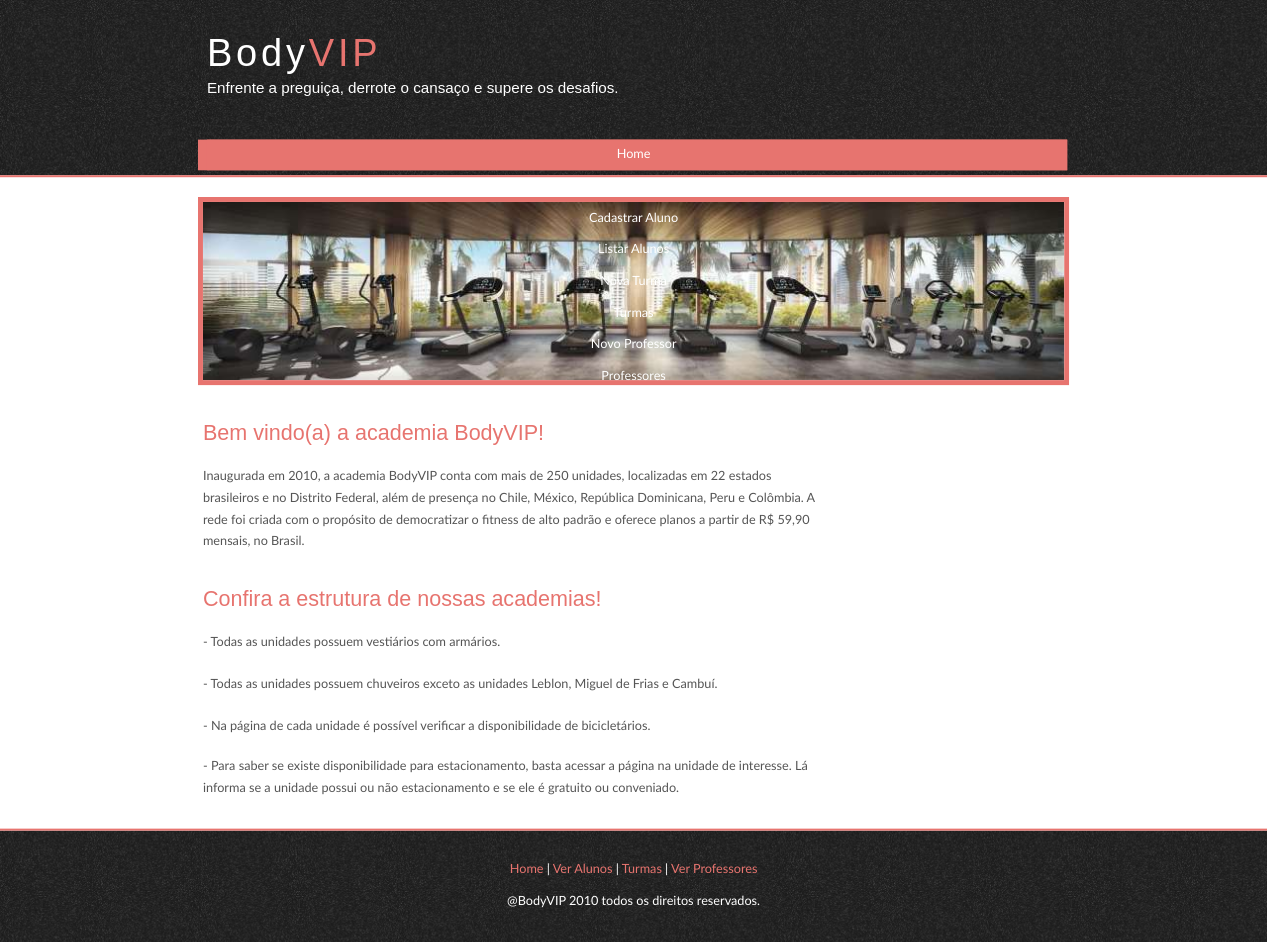
Repository: Thais-Ferreira/Projeto_bodyVIP
Page: http://localhost/BodyVIP/home.jsp
An editor plug-in stored every save of this project. The page is shown before and after the next save, followed by the edit.
The browser window is 1280 px wide. The pictures show the whole page, at 99% of full size.
The page is served by Tomcat 9.

Above is the page before, as saved 2017-06-20 18:27:26.

After the next save:
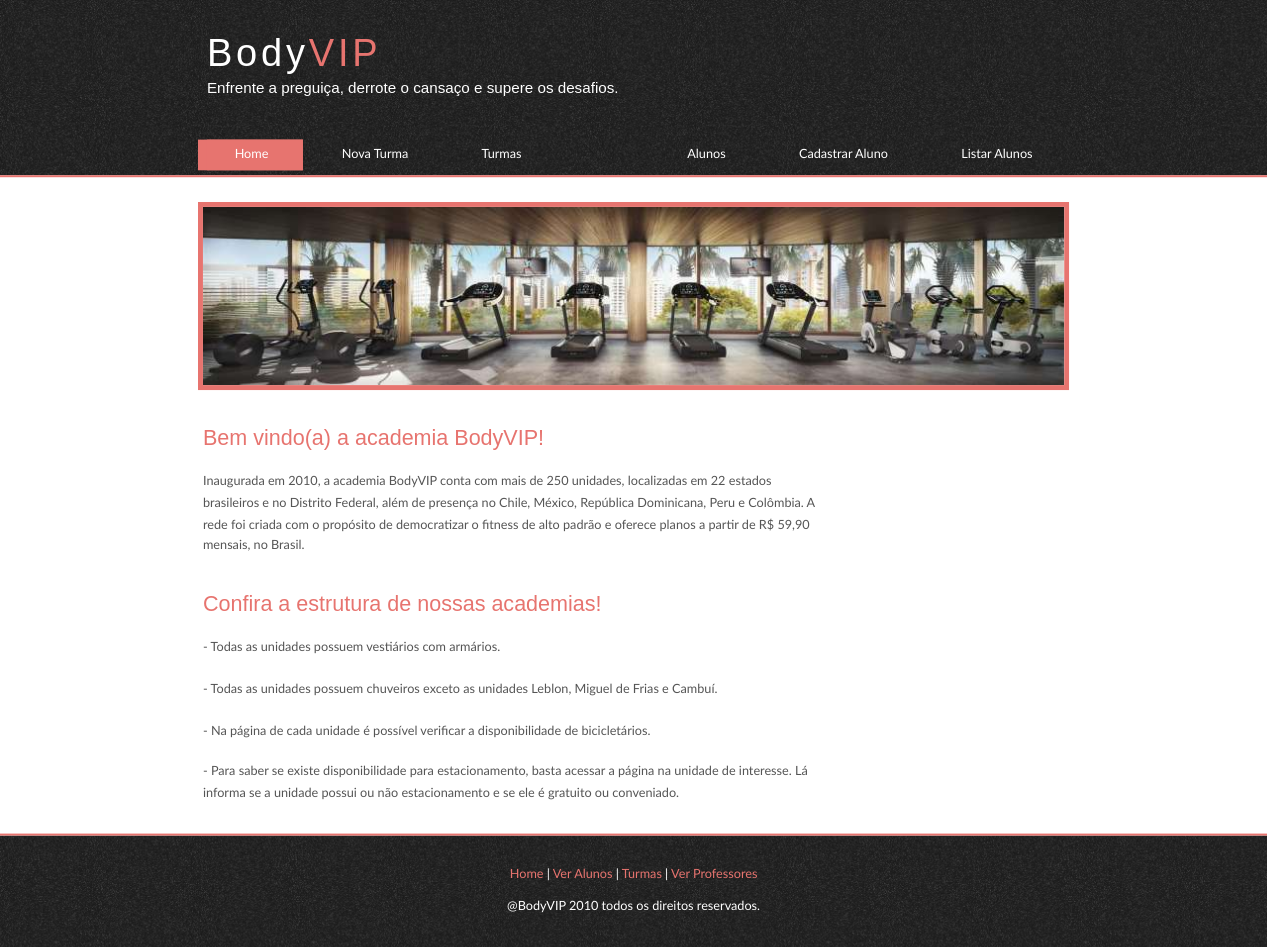
Saved 2 min 23 s later.
--- a/BodyVIP/WebContent/css/style.css
+++ b/BodyVIP/WebContent/css/style.css
@@ -148,11 +148,11 @@ ol li
   height: 46px;}
 
 ul#menu
-{ float: none;
+{ float: right;
   margin: 0;}
 
 ul#menu li
-{ float: none;
+{ float: left;
   padding: 0 0 0 9px;
   list-style: none;
   margin: 1px 2px 0 0;
@@ -161,7 +161,7 @@ ul#menu li
 ul#menu li a
 { font: normal 100% 'trebuchet ms', sans-serif;
   display: block;
-  float: none;
+  float: left;
   height: 20px;
   padding: 6px 35px 5px 28px;
   text-align: center;
